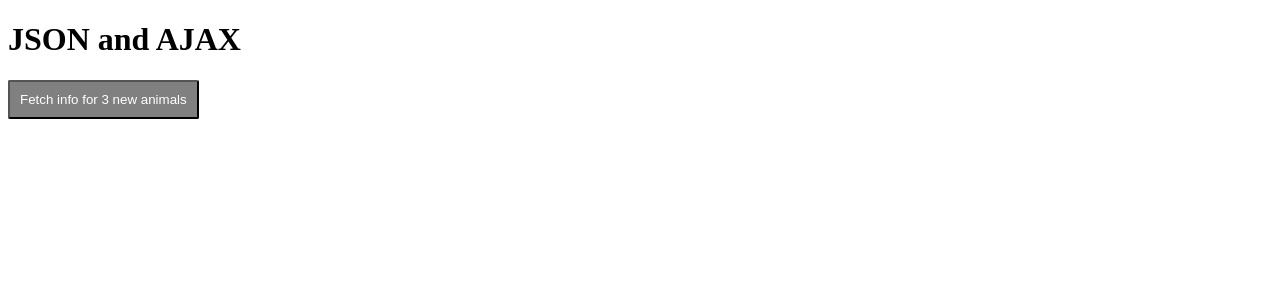
Repository: konstantin0s/JSON-and-Ajax
Page: index.html
An editor plug-in stored every save of this project. The page is shown before and after the next save, followed by the edit.
The browser window is 1280 px wide. The pictures show the whole page.

Above is the page before, as saved 2018-12-28 21:46:32.

### index.html
<!DOCTYPE html>
<html lang="en">
<head>
  <meta charset="UTF-8">
  <meta name="viewport" content="width=device-width, initial-scale=1.0">
  <meta http-equiv="X-UA-Compatible" content="ie=edge">
  <link rel="stylesheet" href="css/styles.css">
  <title>JSON and AJAX</title>
</head>
<body>

  <header>
    <h1>JSON and AJAX</h1>
    <button id="btn">Fetch info for 3 new animals</button>
  </header>

<div id="animal-info"></div>
<script type="text/javascript" src="js/main.js"></script>

</body>
</html>

### css/styles.css
.hide-me {
  visibility: hidden;
}

#btn {
  border-radius: 2px;
  background-color: grey;
  color: white;
  padding: 10px;

}

### js/main.js
var pageCounter = 1;
var animalContainer = document.getElementById('animal-info');
var btn = document.getElementById('btn');
btn.addEventListener('click', function() {
  var ourRequest = new XMLHttpRequest();
  ourRequest.open('GET', 'https://learnwebcode.github.io/json-example/animals-' + pageCounter + '.json');
  ourRequest.onload = function() {
    var ourData = JSON.parse(ourRequest.responseText);
    renderHTML(ourData);
  };
  ourRequest.send();
  pageCounter++;
  if (pageCounter > 3) {
    btn.classList.add("hide-me");
  }
});

function renderHTML(data) {
  var htmlString = "";
  for (var i = 0; i < data.length; i++) {
    htmlString += "<p>" + data[i].name + " is a " + data[i].species + " that likes to eat ";
  for (var ii =0; ii < data[i].foods.likes.length; ii++) {
   if (ii == 0) {
    htmlString += data[i].foods.likes[ii];
   } else {
    htmlString += " and " + data[i].foods.likes[ii];
   }

  }
    htmlString += " and dislikes ";
    for (var ii =0; ii < data[i].foods.dislikes.length; ii++) {
      if (ii == 0) {
       htmlString += data[i].foods.dislikes[ii];
      } else {
       htmlString += " and " + data[i].foods.dislikes[ii];
      }

     }

  htmlString += ".</p>";
  }

    animalContainer.insertAdjacentHTML('beforeend', htmlString);
}

After the next save:
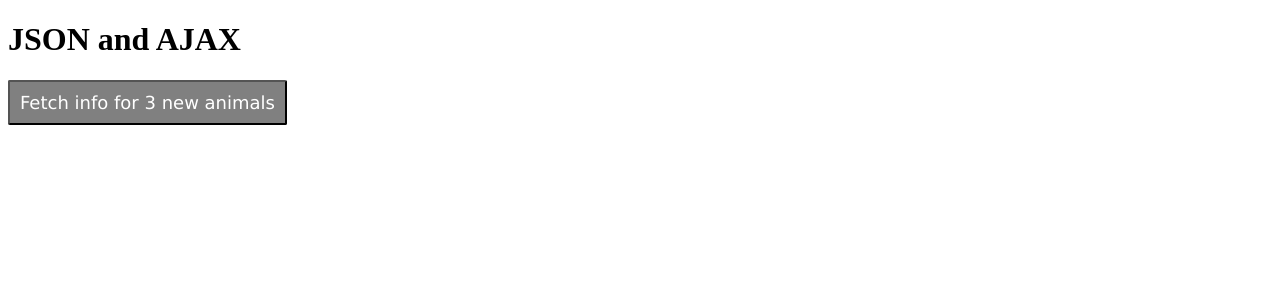
Saved 17 s later.
--- a/css/styles.css
+++ b/css/styles.css
@@ -7,5 +7,6 @@
   background-color: grey;
   color: white;
   padding: 10px;
-
+  font-family: Verdana, Geneva, Tahoma, sans-serif;
+  font-size: 18px;
 }
